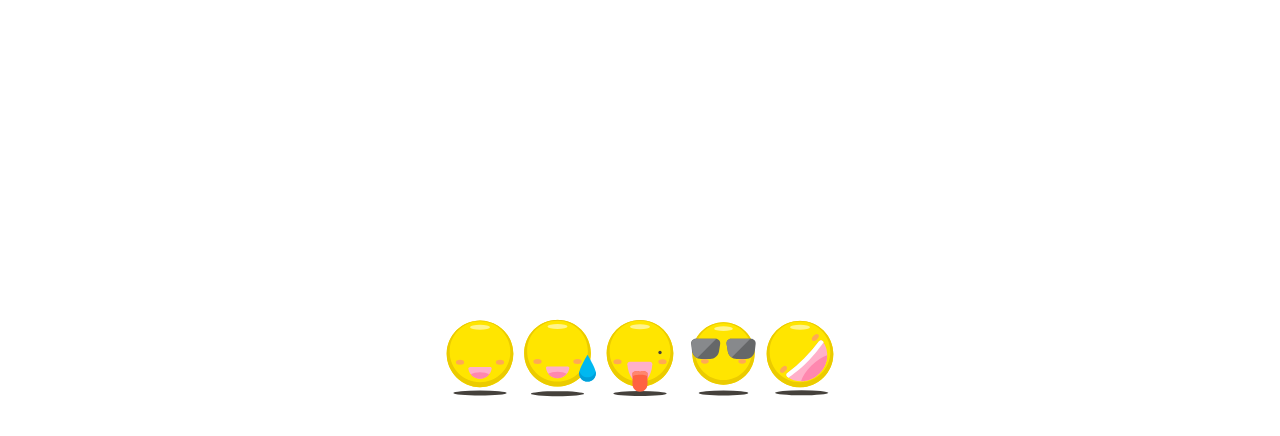
Repository: gyypwrs/css-practice
Page: emoji-jump/index.html
These files come from the project's save history. The page is drawn as it stood at one moment and after the next save; the edit follows.
The browser window is 1280 px wide. The pictures show the whole page.

Above is the page before, as saved 2022-05-07 11:30:47.

### emoji-jump/index.html
<!--
 * @Descripttion:
 * @version:
 * @Author: Hongyu
 * @Date: 2022-05-07 10:57:13
 * @LastEditors: Hongyu
 * @LastEditTime: 2022-05-07 11:30:47
-->
<!DOCTYPE html>
<html>
  <head>
    <title></title>
    <style type="text/css">
      html,body{
        height: 100%
      }
      body {
        margin: 0;
        padding: 0;
        overflow: hidden;
        display: flex;
      }
      ul,li {
        list-style: none;
      }
      .root {
        margin: auto;
      }
      .emoji-list {
        display: flex;
        margin-right:40px ;
        border-radius: 5px;
      }

  </style>
  </head>
  <body>
    <div class="root">
      <ul class="emoji-list">
        <li><img height="80" src="./EMOJI-04.svg"></li>
        <li><img height="80" src="./EMOJI-05.svg"></li>
        <li><img height="80" src="./EMOJI-43.svg"></li>
        <li><img height="80" src="./EMOJI-25.svg"></li>
        <li><img height="80" src="./EMOJI-90.svg"></li>
      </ul>
    </div>
  </body>
</html>

After the next save:
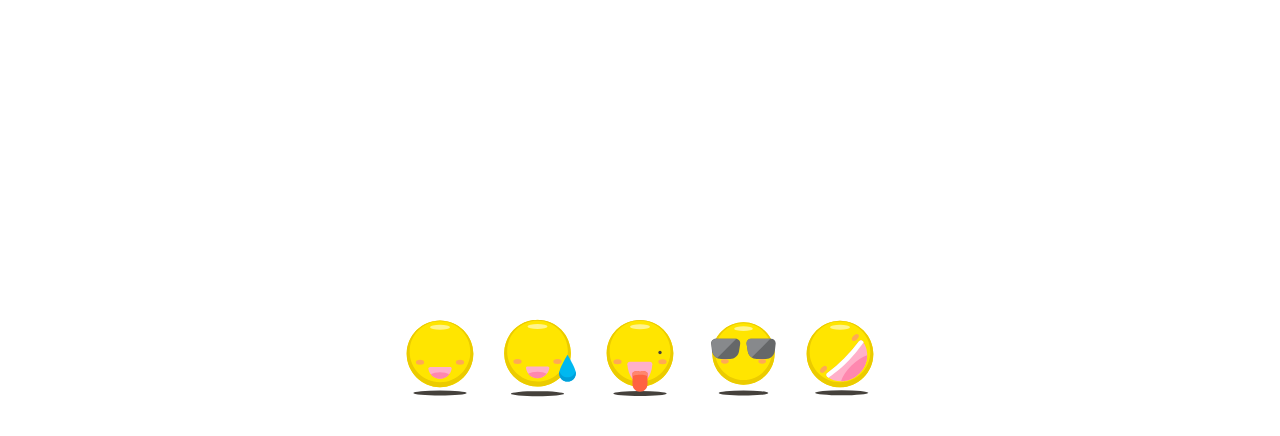
Saved 32 s later.
--- a/emoji-jump/index.html
+++ b/emoji-jump/index.html
@@ -31,6 +31,9 @@
         margin-right:40px ;
         border-radius: 5px;
       }
+      li {
+        padding: 10px;
+      }
 
   </style>
   </head>
